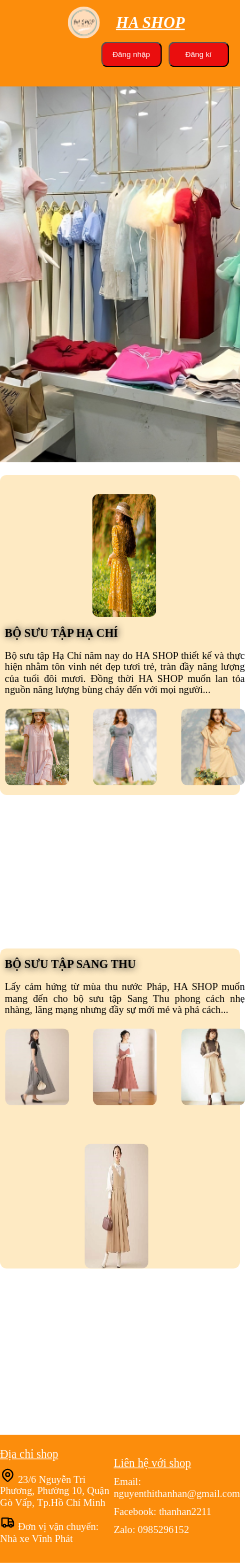
Repository: manhhieu120499/Project_ShopQuanAo
Page: index.html
An editor plug-in stored every save of this project. The page is shown before and after the next save, followed by the edit.
The browser window is 375 px wide. The page is 383 px wide, so the pictures cover 383 px, including what lies to the right of the window. The pictures show the whole page, at 64% of full size.

Above is the page before, as saved 2023-04-07 23:45:55.

### index.html
<!DOCTYPE html>
<html lang="en">

<head>
    <meta charset="UTF-8" />
    <meta http-equiv="X-UA-Compatible" content="IE=edge" />
    <meta name="viewport" content="width=device-width, initial-scale=1.0" />
    <title>Document</title>
    <link rel="stylesheet" href="/css/style_trangchu.css">
    <link rel="stylesheet" href="/responsive/responsive_trangchu.css">
</head>

<body>
    <div class="wrap">
        <div class="header">
            <div class="left-header">
                <img src="/image/image_trangchu/Thời trang hiện dại.png" alt="logo_shop" class="picture"/>
                <h2 class="shop_name">HA SHOP</h2>
            </div>

            <div class="right-header">
                <div class="link">
                    <a href="#">Trang Chủ</a>
                    <a href="http://127.0.0.1:5501/html/ban_hang.html">Cửa Hàng</a>
                    <a href="#">Liên hệ</a>
                </div>
                 <div class="btn">
                     <button>Đăng nhập</button>
                     <button>Đăng kí</button>
                 </div>
            </div>

        </div>

        <div class="slide_bar">
            <img src="/image/image_trangchu/slide.jpg" alt="slide_picture">
        </div>

        <div class="album">
            <div class="album_one">
                <div class="left_picture">
                     <img src="/image/image_trangchu/10.jpg" alt="picture_ha_chi">
                </div>
                <div class="right_description">
                      <h2 class="title_album">BỘ SƯU TẬP HẠ CHÍ</h2>
                      <p class="desc">   Bộ sưu tập Hạ Chí năm nay do HA SHOP thiết kế và thực hiện nhằm tôn vinh nét đẹp tươi trẻ, tràn đầy năng lượng của tuổi đôi mươi. Đồng thời HA SHOP muốn lan tỏa nguồn năng lượng bùng cháy đến với mọi người...</p>
                      <div class="picture_etc">
                        <img src="/image/image_trangchu/11.jpg" alt="picture_ha_chi">
                        <img src="/image/image_trangchu/12.jpg" alt="picture_ha_chi">
                        <img src="/image/image_trangchu/13.jpg" alt="picture_ha_chi">
                      </div>
                </div>

            </div>

            <div class="album_two album_one ">
                <div class="right_description">
                    <h2 class="title_album">BỘ SƯU TẬP SANG THU</h2>
                    <p class="desc">   Lấy cảm hứng từ mùa thu nước Pháp, HA SHOP muốn mang đến cho bộ sưu tập Sang Thu phong cách nhẹ nhàng, lãng mạng nhưng đầy sự mới mẻ và phá cách...</p>
                    <div class="picture_etc">
                        <img src="/image/image_trangchu/5.jpg" alt="picture_sang_thu">
                        <img src="/image/image_trangchu/8.jpg" alt="picture_sang_thu">
                        <img src="/image/image_trangchu/6.jpg" alt="picture_sang_thu">
                    </div>
                </div>
                <div class="left_picture">
                     <img src="/image/image_trangchu/3.jpg" alt="picture_sang_thu">
                </div>

            </div>
        </div>

        <div class="footer">
            <div class="left_footer">
                  <p class="address">Địa chỉ shop</p>
                  <p>
                    <a class="icon">
                        <svg xmlns="http://www.w3.org/2000/svg" class="icon icon-tabler icon-tabler-map-pin" width="24" height="24" viewBox="0 0 24 24" stroke-width="2" stroke="currentColor" fill="none" stroke-linecap="round" stroke-linejoin="round">
                            <path stroke="none" d="M0 0h24v24H0z" fill="none"></path>
                            <path d="M12 11m-3 0a3 3 0 1 0 6 0a3 3 0 1 0 -6 0"></path>
                            <path d="M17.657 16.657l-4.243 4.243a2 2 0 0 1 -2.827 0l-4.244 -4.243a8 8 0 1 1 11.314 0z"></path>
                         </svg>
                    </a>
                     23/6 Nguyễn Tri Phương, Phường 10, Quận Gò Vấp, Tp.Hồ Chí Minh
                  </p>
                  <p>
                    <a>
                        <svg xmlns="http://www.w3.org/2000/svg" class="icon icon-tabler icon-tabler-truck" width="24" height="24" viewBox="0 0 24 24" stroke-width="2" stroke="currentColor" fill="none" stroke-linecap="round" stroke-linejoin="round">
                            <path stroke="none" d="M0 0h24v24H0z" fill="none"></path>
                            <path d="M7 17m-2 0a2 2 0 1 0 4 0a2 2 0 1 0 -4 0"></path>
                            <path d="M17 17m-2 0a2 2 0 1 0 4 0a2 2 0 1 0 -4 0"></path>
                            <path d="M5 17h-2v-11a1 1 0 0 1 1 -1h9v12m-4 0h6m4 0h2v-6h-8m0 -5h5l3 5"></path>
                         </svg>
                         Đơn vị vận chuyển: Nhà xe Vĩnh Phát
                    </a>
                  </p>
            </div>
            <div class="right_footer">
                 <p class="address">Liên hệ với shop</p>
                 <p>Email: nguyenthithanhan@gmail.com</p>
                 <p>Facebook: thanhan2211</p>
                 <p>Zalo: 0985296152</p>
            </div>

        </div>
    </div>

</body>

</html>

### css/style_trangchu.css
* {
    margin: 0;
    box-sizing: border-box;
}

.wrap {
    display: flex;
    flex-direction: column;
    width: 100%;
    height: 100%;
}


.header {
    background-color: #FC8D0C;
    display: flex;
    justify-content: space-around;
    position: fixed;
    width: 100%;
    top: 0;
    left: 0;
    padding: 10px 0;
    z-index: 1;
}

.left-header {
    width: 270px;
    display: flex;
    align-items: center;
    justify-content: space-between;
}

.left-header .picture {
    width: 100px;
    height: 100px;
    border-radius: 50%;
}

.left-header .shop_name {
    color: white;
    font-size: 25px;
    text-decoration: underline;
    font-style: italic;
}

.right-header .link {
    width: 400px;
    display: flex;
    justify-content: space-between;
}

.right-header .link a:hover {
    color: black;
}

.right-header .link > a {
    color: white;
    text-decoration: none;
    font-size: 25px;
    /* padding: 10px 35px; */
}

.right-header {
    width: 800px;
    display: flex;
    align-items: flex-end;
    margin-bottom: 20px;
    justify-content: space-between;
}

.right-header .btn {
    display: flex;
    justify-content: space-between;
    width: 300px;
}

.right-header .btn > button {
    background-color: #EA0E0E;
    padding: 10px 15px;
    border-radius: 10px;
    font-size: 16px;
    color: white;
    width: 200px;
    height: 40px;
    margin-left: 10px;
}



/* slide bar*/
.slide_bar {
    margin-top: 122px;
    height: 400px;
}
.slide_bar > img{
    width: 100%;
    object-fit: cover;
    height: 600px;
    display: block;
    margin-bottom: 20px;
}

/*album bo suu tap*/
.album {
    display: flex;
    width: calc(100% - 32px);
    flex-direction: column;
}
.album_one {
    margin-top: 220px;
    width: calc(100% - 32px);
    margin-left: 32px;
    height: 500px;
    background-color: #FEEAC3;
    display: flex;
    justify-content: space-around;
    align-items: center;
    border-radius: 10px;

}

.left_picture {
    width: 340px;
    height: 440px;
}
.left_picture img{
    width: 340px;
    height: 440px;
    border-radius: 10px;
}

.left_picture img:hover {
    transform: scale(1.1);
    transition: ease all 0.7s;
}

.right_description {
    width: 700px;
    height: 440px;
    display: flex;
    flex-direction: column;
}

.right_description > .picture_etc{
    display: flex;
    align-items: center;
    justify-content: space-between;
}

.right_description > .picture_etc > img {
    width: 200px;
    height: 300px;
    border-radius: 10px;
    object-fit: cover;
    margin-top: 10px;
}

.right_description > .picture_etc > img:hover {
    transform: scale(1.1);
    transition: ease all 0.7s;
}

.right_description .title_album {
    font-weight: 600px;
    margin-bottom: 15px;
    text-shadow: 1px 1px 10px #222;
}

.right_description .desc {
    font-size: 18px;
    text-align: start;
    margin-bottom: 10px;
}

.album .album_two {
    margin-top: 20px;
}

/*footer*/
.footer {
    margin-top: 40px;
    width: 100%;
    height: 200px;
    background-color: #FC8D0C;
    display: flex;
    justify-content: space-around;
    align-items: center;
    color: white;
}

.footer .left_footer {
    display: flex;
    flex-direction: column;
}

.left_footer p {
    margin-bottom: 10px;
}

.left_footer .address {
    text-decoration: underline;
    font-size: 18px;
}

.footer .right_footer {
    display: flex;
    flex-direction: column;
}

.right_footer p {
    margin-bottom: 10px;
}

.right_footer .address {
    text-decoration: underline;
    font-size: 18px;
}

.footer svg {
    color: black;
}

### responsive/responsive_trangchu.css
/*ipad pro*/
@media only screen and (max-width: 1024px){
    .left-header {
        width: 230px;
        margin-left: 20px;
    }

    .right-header .link {
        width: 350px;
        margin-left: 60px;
    }

    .btn {
        margin-right: 30px;
    }

    .album_one .left_picture{
        width: 250px;
        height: 350px;
        margin-left: 12px;
    }
    .album_one .left_picture > img {
        width: 100%;
        height: 100%;
    }


    .album_one .right_description {
        width: 650px;
        margin-right: 20px;
    }


    .right_description > .picture_etc > img {
        width: 200px;
        height: 250px;
    }

    .right_description .desc{
        text-align: justify;
    }

    .album_two .left_picture {
        margin-right: 24px;
    }

    .album_two .right_description {
        margin-left: 20px;
    }
}

/*iphone x*/
@media only screen and (max-width: 376px) {
    .wrap {
        width: 375px;
    }
    .header {
        width: 375px;
        display: flex;
        flex-direction: column;
        align-items: center;

    }

    .left-header {
        justify-content: center;
        gap: 25px;
    }
    .right-header .link {
        width: 0;
    }

    .right-header .link > a{
        display: none;
    }

    .left-header .picture {
        width: 50px;
        height: 50px;
    }

    .right-header {
        width: 200px;
    }
    .right-header .btn {
       display: flex;
       justify-content: space-between;


    }

    .right-header .btn > button{
       width: 95px;
       height: 40px;
       font-size: 12px;
       text-align: center;
       margin-top: 5px;
    }

    .album_one {
       width: 375px;
       margin: 220px auto;
    }

    .album_one {
        display: flex;
        flex-direction: column;
        width: 375px;
    }

    .album_one .left_picture {
        width: 100px;
        margin-top: 30px;
    }

    .album_one .right_description {
        width: 375px;
        margin: 15px 0 15px 15px;
    }

    .right_description .title_album {
        font-size: 18px;

    }

    .right_description .desc {
        font-size: 16px;
    }

    .right_description > .picture_etc > img {
        width: 100px;
        height: 120px;
    }


}

After the next save:
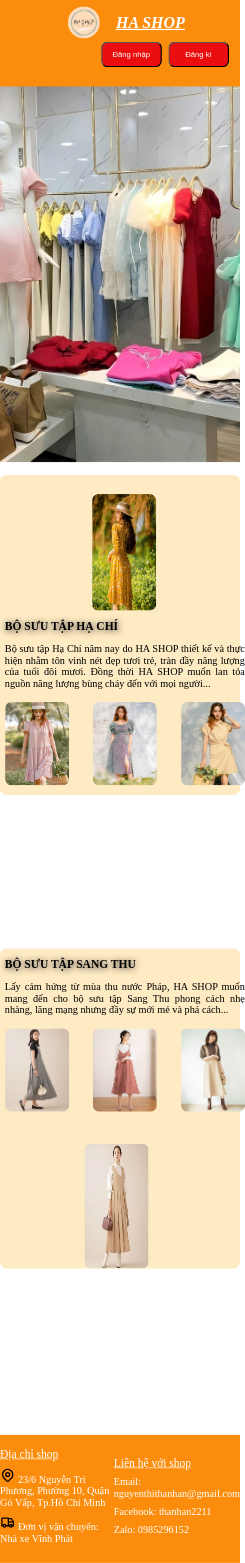
Saved 9 s later.
--- a/responsive/responsive_trangchu.css
+++ b/responsive/responsive_trangchu.css
@@ -129,7 +129,7 @@
 
     .right_description > .picture_etc > img {
         width: 100px;
-        height: 120px;
+        height: 130px;
     }
 
 
